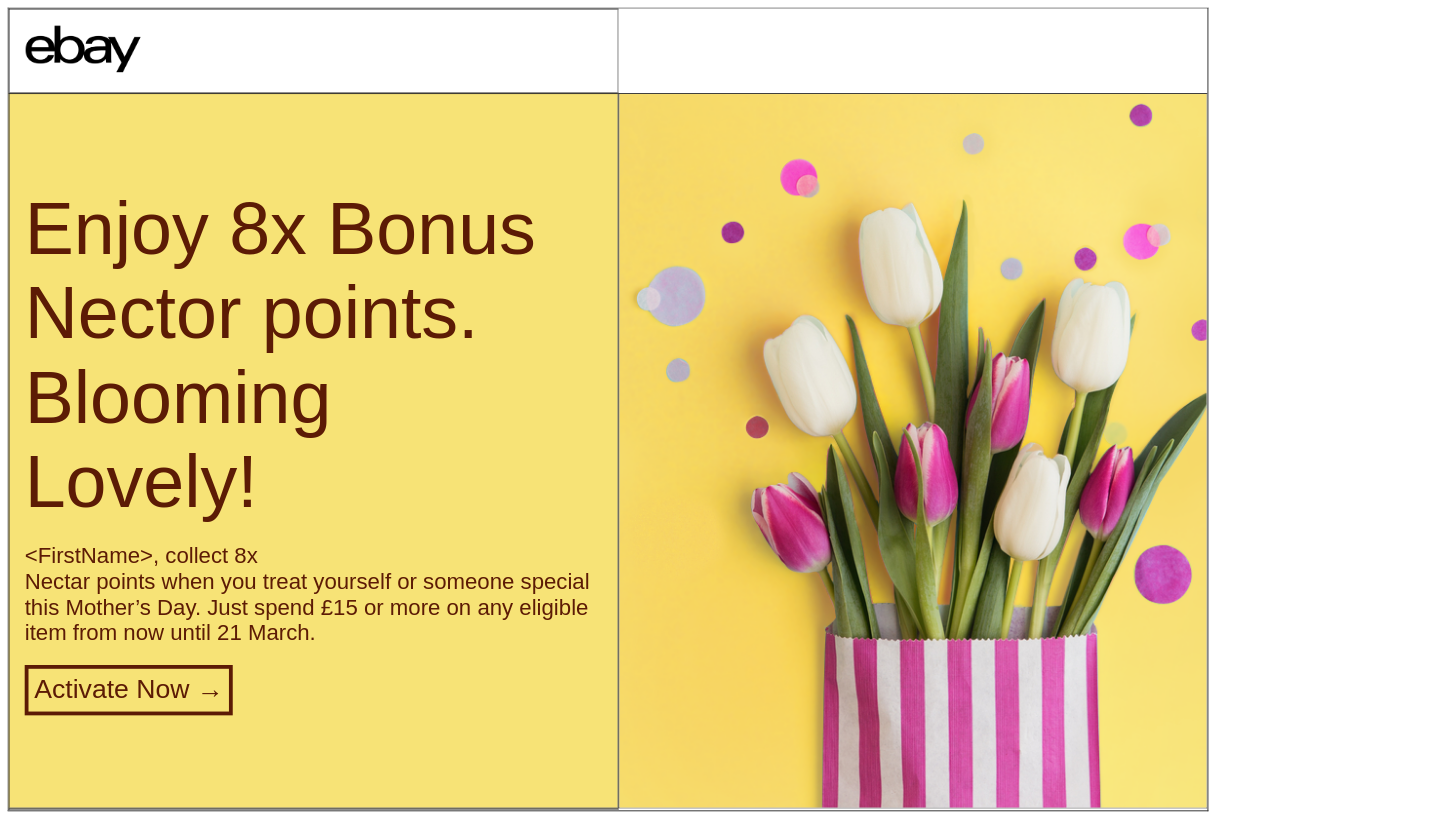
Repository: AnkurDevv/feed-dev-test
Page: index.html
The author's editor kept a copy of each file at every save. The page is drawn from the files as they stood at one save, then again after the next save.
The browser window is 1280 px wide. The page is 1280 px wide, then 1525 px, then 1280 px, so the pictures cover 1525 px, including what lies to the right of the window. The pictures show the whole page, at 95% of full size.

Above is the page before, as saved 2020-03-28 18:54:05.

After the next save:
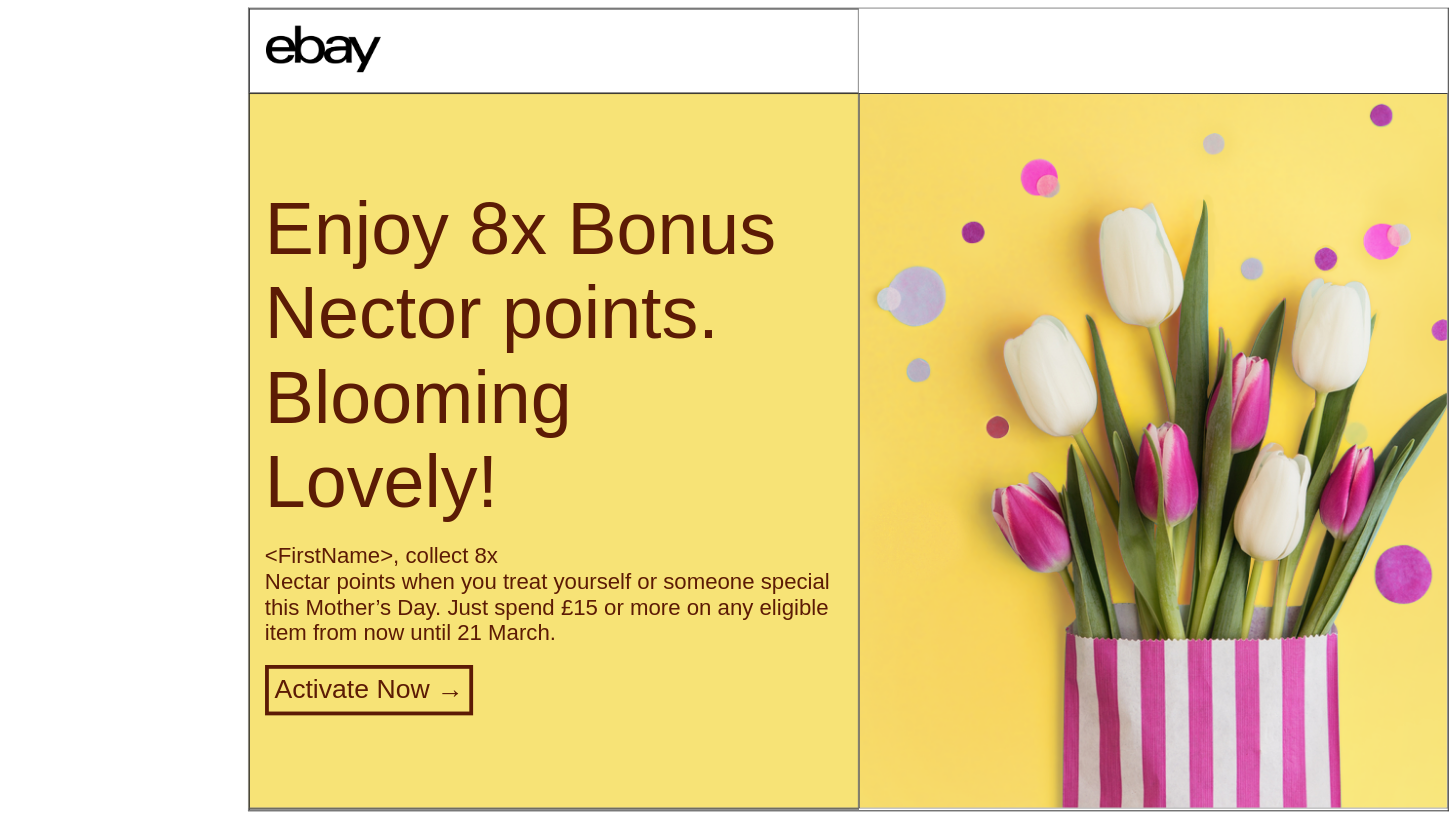
Saved 67 s later.
--- a/style/index.css
+++ b/style/index.css
@@ -1,7 +1,8 @@
 /* HEADER CSS - START */
 
 #bodyTable{
-  margin: 0 auto;
+  margin-left: 20%;
+  margin-right: 20%;
 }
 
 #ebay-logo{

After the save that followed:
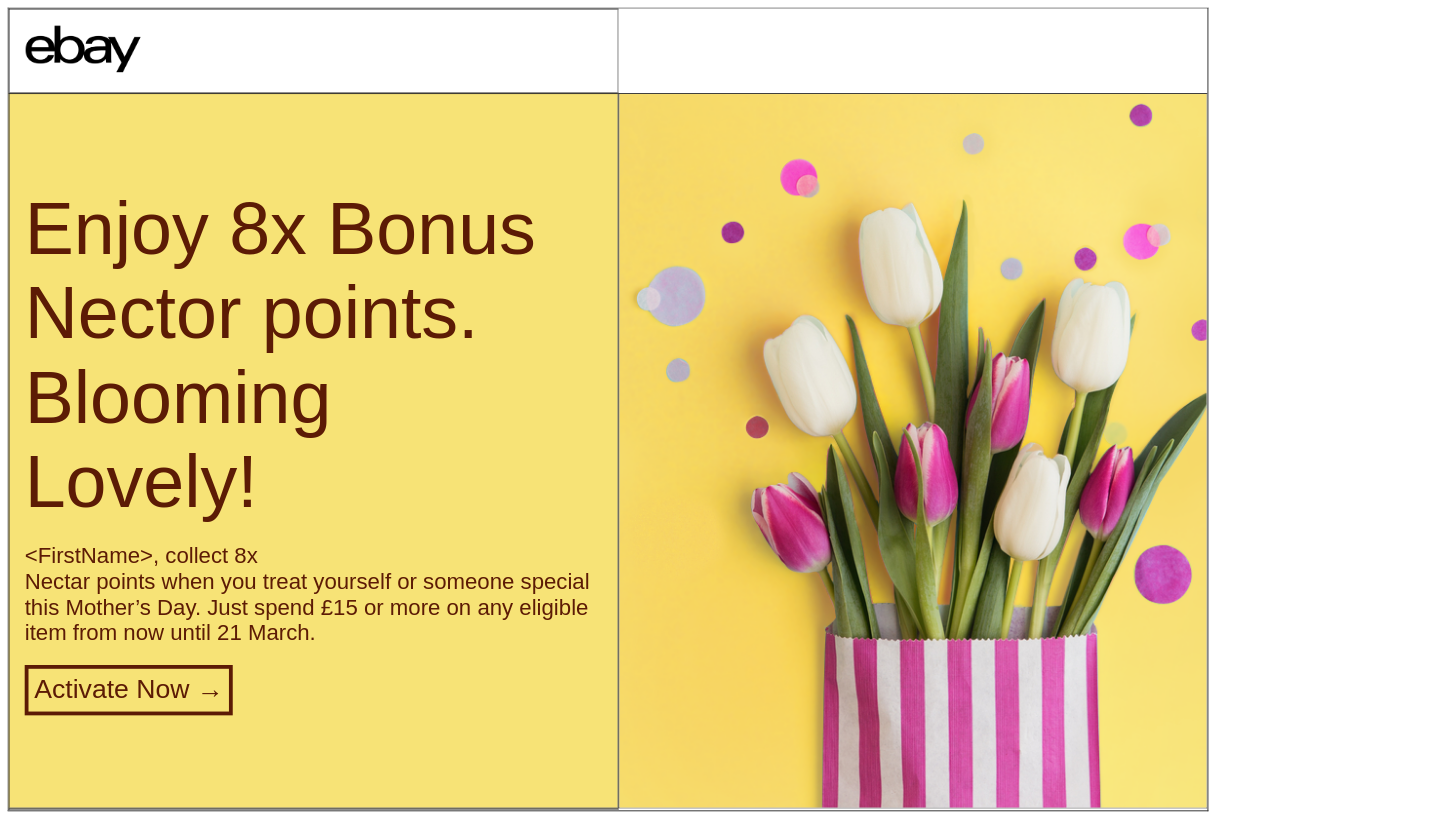
Saved 33 s later.
--- a/style/index.css
+++ b/style/index.css
@@ -1,8 +1,8 @@
 /* HEADER CSS - START */
 
 #bodyTable{
-  margin-left: 20%;
-  margin-right: 20%;
+  margin-left: auto;
+  margin-right: auto;
 }
 
 #ebay-logo{
